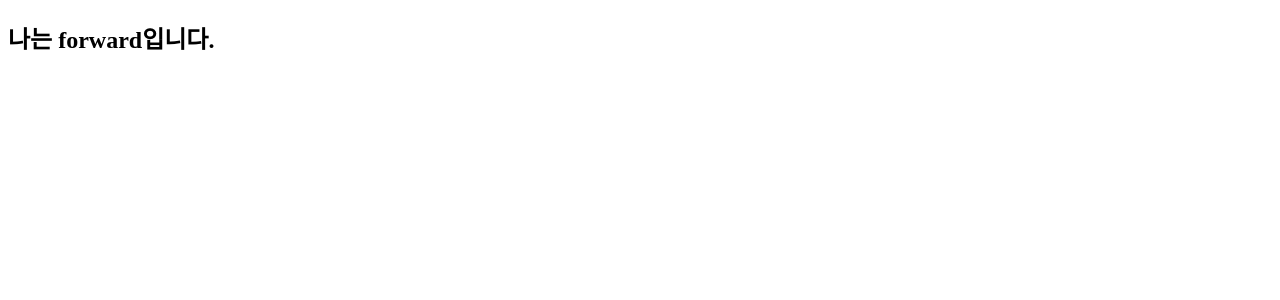
Repository: hyeongu135-ui/Jsp2026
Page: http://localhost/chapter01/Request/RequsetForward.jsp
The author's editor kept a copy of each file at every save. The page is drawn from the files as they stood at one save, then again after the next save.
The browser window is 1280 px wide. The pictures show the whole page.
The page is served by Tomcat 9.

Above is the page before, as saved 2026-10-19 06:16:39.

### chapter01/src/main/webapp/Request/RequsetForward.jsp
<%@ page language="java" contentType="text/html; charset=UTF-8"
    pageEncoding="UTF-8"%>
<!DOCTYPE html>
<html>
<head>
<meta charset="UTF-8">
<title>Insert title here</title>
</head>
<body>
	<h2> 나는 forward입니다.</h2>
	<%
		request.setCharacterEncoding("utf-8");

		String id = request.getParameter("id");
		String pass = request.getParameter("pass");
	%>
</body>
</html>

After the next save:
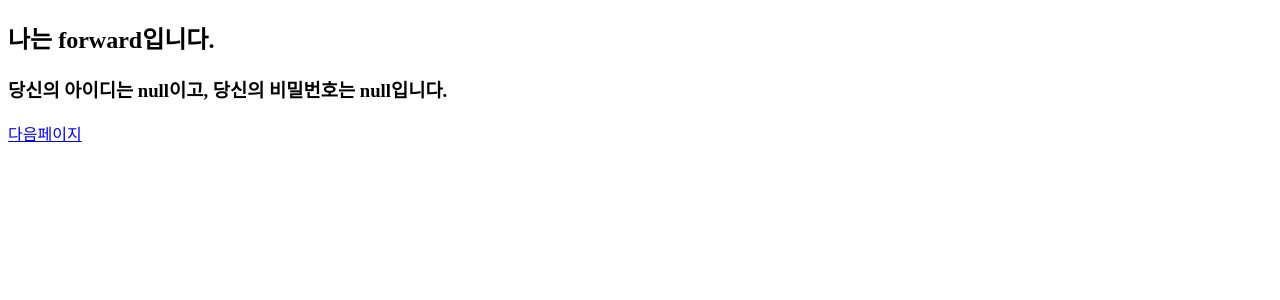
Saved 23 s later.
--- a/chapter01/src/main/webapp/Request/RequsetForward.jsp
+++ b/chapter01/src/main/webapp/Request/RequsetForward.jsp
@@ -14,5 +14,7 @@
 		String id = request.getParameter("id");
 		String pass = request.getParameter("pass");
 	%>
+		<h3>당신의 아이디는 <%=id%>이고, 당신의 비밀번호는 <%=pass%>입니다.</h3>
+	<a href="RequsetForward.jsp">다음페이지</a>
 </body>
 </html>
